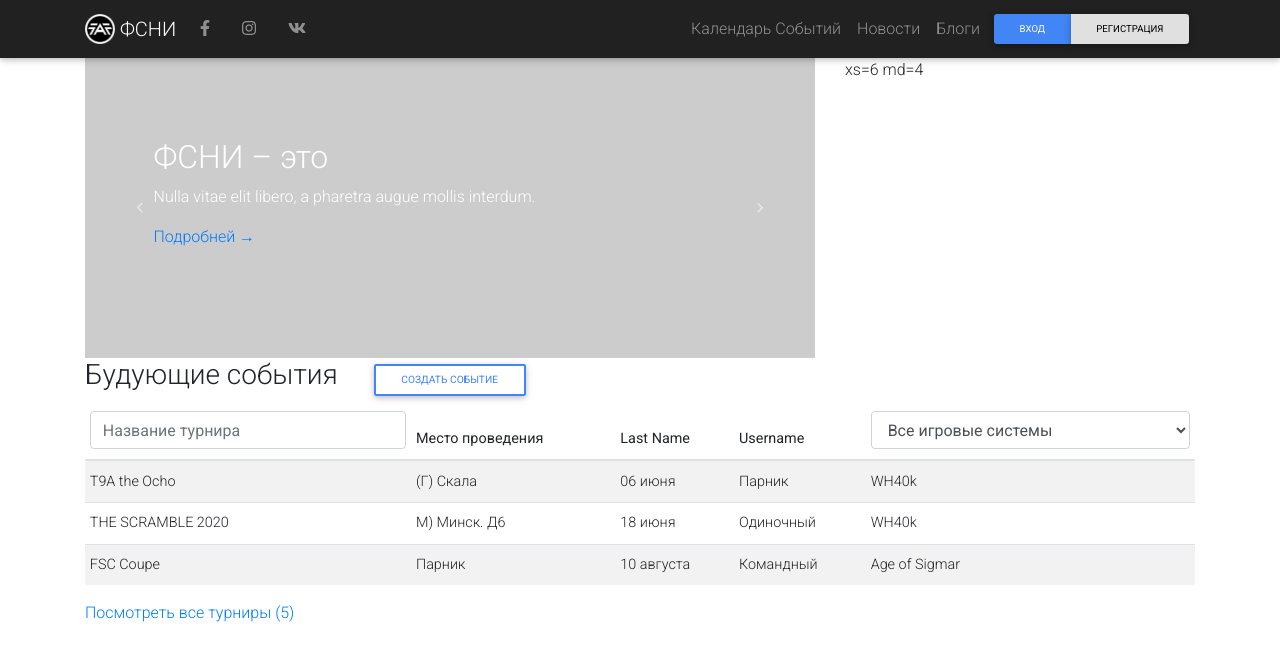
Repository: alexey1986/fsni_test
Page: /
The author's editor kept a copy of each file at every save. The page is drawn from the files as they stood at one save, then again after the next save.
The browser window is 1280 px wide. The pictures show the whole page.
The project was rebuilt for these pictures with package versions that can differ from the ones it lists, and the page was loaded fresh each time. Also part of the build but not shown: src/pages/calendar.jsx, src/pages/news.jsx, src/pages/blogs.jsx.

Above is the page before, as saved 2020-08-29 10:35:45.

### src/index.js
import React from 'react';
import ReactDOM from 'react-dom';
import 'bootstrap/dist/css/bootstrap.min.css';
import '@fortawesome/fontawesome-free/css/all.min.css';
//import 'bootstrap-css-only/css/bootstrap.min.css';
import 'mdbreact/dist/css/mdb.css';


import App from './App';
import * as serviceWorker from './serviceWorker';

ReactDOM.render(
  <React.StrictMode>
    <App />
  </React.StrictMode>,
  document.getElementById('root')
);

// If you want your app to work offline and load faster, you can change
// unregister() to register() below. Note this comes with some pitfalls.
// Learn more about service workers: https://bit.ly/CRA-PWA
serviceWorker.unregister();

### src/App.js
import React from 'react';
import { BrowserRouter as Router, Route } from "react-router-dom";
import NavBarComponent from './components/nav/NavBar';
import Home from './pages/home';
import Calendar from './pages/calendar';
import News from './pages/news';
import Blogs from './pages/blogs';

const App = () => {
  return (
    <Router>
      <NavBarComponent></NavBarComponent>
      <Route path="/" exact component={Home} />
      <Route path="/calendar" exact component={Calendar} />
      <Route path="/news" exact component={News} />
      <Route path="/blogs" exact component={Blogs} />
    </Router>
  )
}


export default App;

### src/components/nav/NavBar.jsx
import React from 'react';
import { Link, NavLink } from "react-router-dom";
import { Container, Navbar, Nav, ButtonGroup, Button } from 'react-bootstrap';
import SocialButtons from './SocialButtons';
import logo from './logo.png';

const NavBarComponent = () => {
    return (
        <Navbar bg="dark" expand="lg" variant="dark" sticky="top" >
            <Container>
                <Navbar.Brand as={Link} to='/'>
                    <img
                        alt=""
                        src={logo}
                        width="30"
                        height="30"
                        className="d-inline-block align-top"
                    />{' '}
                    ФСНИ
                </Navbar.Brand>
                <Navbar.Toggle aria-controls="basic-navbar-nav" />
                <Navbar.Collapse id="basic-navbar-nav">
                    <SocialButtons />
                    <Nav>
                        <Nav.Link as={NavLink} to='/calendar'>Календарь Событий</Nav.Link>
                        <Nav.Link as={NavLink} to='/news'>Новости</Nav.Link>
                        <Nav.Link as={NavLink} to='/blogs'>Блоги</Nav.Link>
                    </Nav>
                    <ButtonGroup size="sm" aria-label="login/registration">
                        <Button variant="primary">Вход</Button>
                        <Button variant="light">Регистрация</Button>
                    </ButtonGroup>
                </Navbar.Collapse>
            </Container>
        </Navbar>
    )
}

export default NavBarComponent;

### src/pages/home.jsx
import React from 'react';
import { Container, Row, Col, Button, Table, Form } from 'react-bootstrap';
import CarouselComponent from '../components/carousel/Carousel';


import { Link } from "react-router-dom";

const Home = () => {
    return (
        <Container>
            <section>
                <Row>
                    <Col xs={12} md={8}>
                        <CarouselComponent />
                    </Col>
                    <Col xs={6} md={4}>
                        xs=6 md=4
                </Col>
                </Row>
            </section>

            <section>
                <Row>
                    <Col md="auto">
                        <h3>Будующие события</h3>
                    </Col>
                    <Col>
                        <Button variant="outline-primary" size="sm">Создать Событие</Button>{' '}
                    </Col>
                </Row>

                <Table responsive striped hover size="sm">
                    <thead>
                        <tr>
                            <th>
                                <Form.Control type="text" placeholder="Название турнира" />
                            </th>
                            <th>Место проведения</th>
                            <th>Last Name</th>
                            <th>Username</th>
                            <th>
                                <Form.Control as="select">
                                    <option>Все игровые системы</option>
                                    <option>WH40k</option>
                                    <option>Age of Sigmar</option>
                                </Form.Control>
                            </th>
                        </tr>
                    </thead>
                    <tbody>
                        <tr>
                            <td>T9A the Ocho</td>
                            <td>(Г) Скала</td>
                            <td>06 июня</td>
                            <td>Парник</td>
                            <td>WH40k</td>
                        </tr>
                        <tr>
                            <td>THE SCRAMBLE 2020</td>
                            <td>М) Минск. Д6</td>
                            <td>18 июня</td>
                            <td>Одиночный</td>
                            <td>WH40k</td>
                        </tr>
                        <tr>
                            <td>FSC Coupe </td>
                            <td>Парник</td>
                            <td>10 августа</td>
                            <td>Командный</td>
                            <td>Age of Sigmar</td>
                        </tr>
                    </tbody>
                </Table>

                <Link to='/'>Посмотреть все турниры (5)</Link>


            </section>
        </Container>
    )
}

export default Home;

### src/components/nav/SocialButtons.jsx
import React from 'react';
import { Nav } from 'react-bootstrap';
import { MDBIcon } from 'mdbreact';

const SocialButtons = () => {
  return (
    <Nav className="mr-auto" >
      <Nav.Link href="#!" className="fb-ic mr-3">
        <MDBIcon fab icon="facebook-f" />
      </Nav.Link>
      <Nav.Link href="#!" className="ins-ic mr-3">
        <MDBIcon fab icon="instagram" />
      </Nav.Link>
      <Nav.Link href="#!" className="vk-ic mr-3">
        <MDBIcon fab icon="vk" />
      </Nav.Link>
    </Nav>
  );
}

export default SocialButtons;

### src/components/carousel/Carousel.jsx
import React from 'react';
import { Carousel } from 'react-bootstrap';
import { Link } from "react-router-dom";
import './styles.css';


class CarouselComponent extends React.Component {
    render() {
        return (
            <Carousel indicators={false}>
                <Carousel.Item>
                    <Carousel.Caption>
                        <h2>ФСНИ – это </h2>
                        <p>Nulla vitae elit libero, a pharetra augue mollis interdum.</p>
                        <p>
                            <Link to='/'>Подробней &#8594;</Link>
                        </p>
                    </Carousel.Caption>
                </Carousel.Item>
                <Carousel.Item>
                    <Carousel.Caption>
                        <h2>ФСНИ – это </h2>
                        <p>Lorem ipsum dolor sit amet, consectetur adipiscing elit. Vivamus magna justo, lacinia eget consectetur sed, convallis at tellus.</p>
                        <p>
                            <Link to='/'>Подробней &#8594;</Link>
                        </p>
                    </Carousel.Caption>
                </Carousel.Item>
                <Carousel.Item>
                    <Carousel.Caption>
                        <h2>ФСНИ – это </h2>
                        <p>Lorem ipsum dolor sit amet, consectetur adipiscing elit. Vivamus magna justo, lacinia eget consectetur sed, convallis at tellus.</p>
                        <p>
                            <Link to='/'>Подробней &#8594;</Link>
                        </p>
                    </Carousel.Caption>
                </Carousel.Item>
            </Carousel>
        )
    }
}

export default CarouselComponent;

### src/components/carousel/styles.css
.carousel-item {
    background: #ccc;
    height: 300px;
}

.carousel-caption {
    top: 20%;
    bottom: auto;
    text-align: left;
}

Loaded but not shown: public/index.html (common file); src/serviceWorker.js (common file)

After the next save:
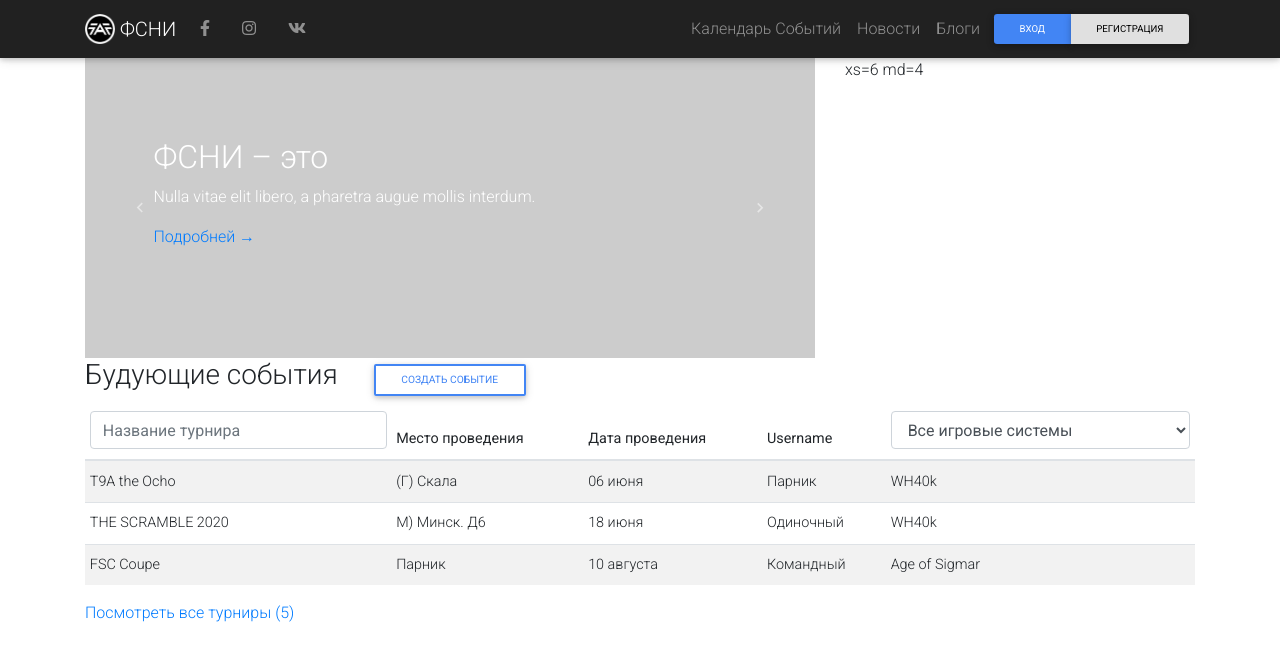
Saved 9 s later.
--- a/src/pages/home.jsx
+++ b/src/pages/home.jsx
@@ -36,7 +36,7 @@
                                 <Form.Control type="text" placeholder="Название турнира" />
                             </th>
                             <th>Место проведения</th>
-                            <th>Last Name</th>
+                            <th>Дата проведения</th>
                             <th>Username</th>
                             <th>
                                 <Form.Control as="select">
